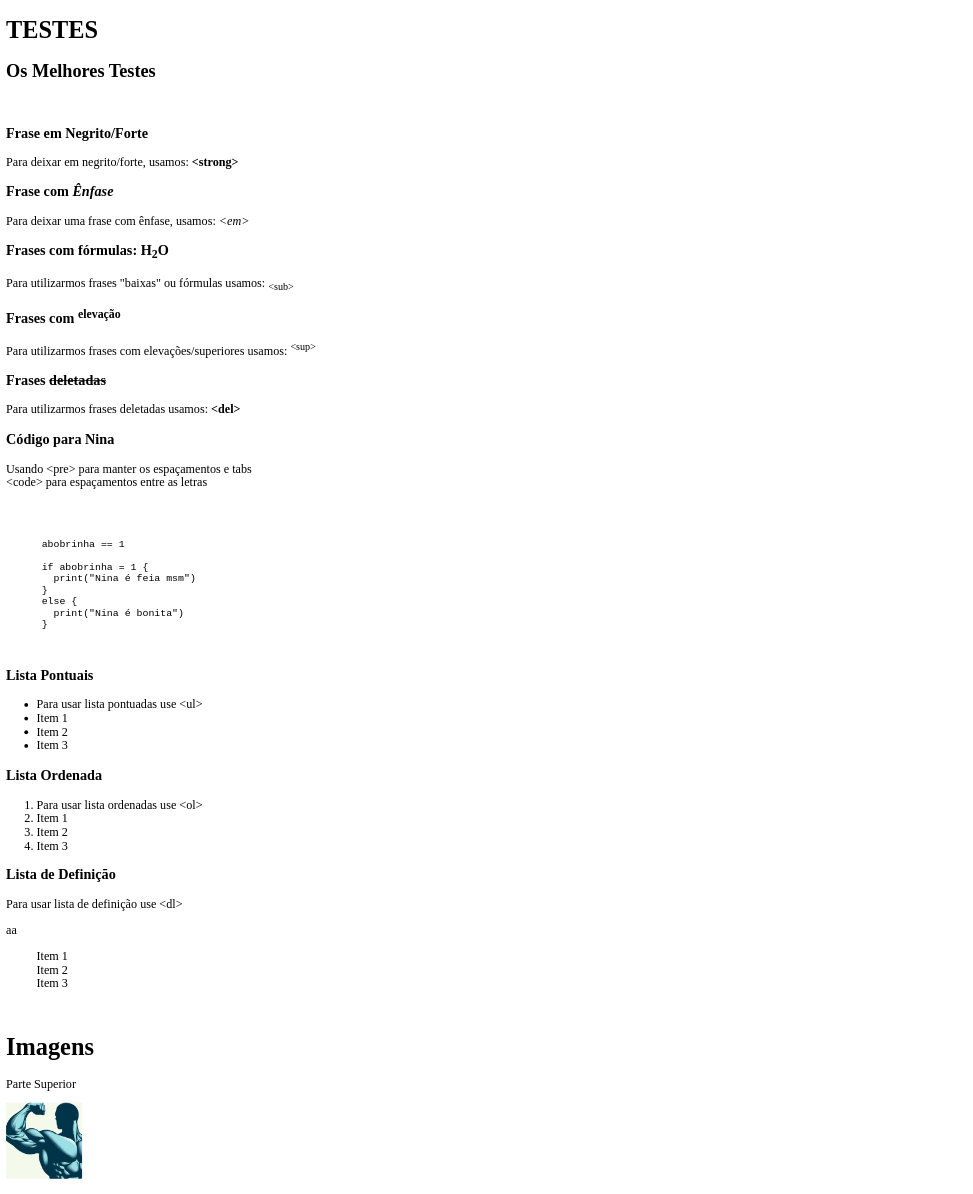
Repository: LuidyOn/Site_Forca_Total
Page: ForçaTotal/teste.html
The author's editor kept a copy of each file at every save. The page is drawn from the files as they stood at one save, then again after the next save.
The browser window is 1280 px wide. The pictures show the whole page, at 76% of full size.

Above is the page before, as saved 2025-05-15 14:03:15.

### ForçaTotal/teste.html
<!DOCTYPE html>
<html lang="pt-br">
<head>
  <meta charset="UTF-8">
  <meta name="viewport" content="width=device-width, initial-scale=1.0">
  <link rel="shortcut icon" href="img/icons/logo.ico" type="image/x-icon">
  <title>Testes Força total</title>
</head>
<body>
  <h1>TESTES</h1>
  <h2>Os Melhores Testes</h2>

  <p><br></p>

  <h3>Frase em <strong>Negrito/Forte</strong></h3>
  <p>Para deixar em negrito/forte, usamos: <strong>&lt;strong&gt;</strong></p>

  <h3>Frase com <em>Ênfase</em></h3>
  <p>Para deixar uma frase com ênfase, usamos: <em>&lt;em&gt;</em></p>

  <h3>Frases com fórmulas: H<sub>2</sub>O</h3>
  <p>Para utilizarmos frases "baixas" ou fórmulas usamos: <sub>&lt;sub&gt;</sub></p>

  <h3>Frases com <sup>elevação</sup></h3>
  <p>Para utilizarmos frases com elevações/superiores usamos: <sup>&lt;sup&gt;</sup></p>

  <h3>Frases <del>deletadas</del></h3>
  <p>Para utilizarmos frases deletadas usamos: <strong>&lt;del&gt;</strong></p>

  <h3>Código para Nina</h3>
  <p>Usando &lt;pre&gt; para manter os espaçamentos e tabs <br> &lt;code&gt; para espaçamentos entre as letras</p>

  <p><br></p>

  <pre>
    <code>
      abobrinha == 1

      if abobrinha = 1 {
        print("Nina é feia msm")
      }
      else {
        print("Nina é bonita")
      }
    </code>
  </pre>

  <h3>Lista Pontuais</h3>
  <ul>
    <li>Para usar lista pontuadas use &lt;ul&gt;</li>
    <li>Item 1</li>
    <li>Item 2</li>
    <li>Item 3</li>
  </ul>

  <h3>Lista Ordenada</h3>
  <ol>
    <li>Para usar lista ordenadas use &lt;ol&gt;</li>
    <li>Item 1</li>
    <li>Item 2</li>
    <li>Item 3</li>
  </ol>

  <h3>Lista de Definição</h3>
  <dl>
    <dt>Para usar lista de definição use &lt;dl&gt;</dt>
    <dl>
      aa
    </dl>
    <dd>Item 1</dd>
    <dd>Item 2</dd>
    <dd>Item 3</dd>

  <p><br></p>

  <h1>Imagens</h1>
  <p>Parte Superior</p>
  <img src="img/parteSerior.png" alt="parte superior" style="width: 100px; height: 100px;">
</body>
</html>

After the next save:
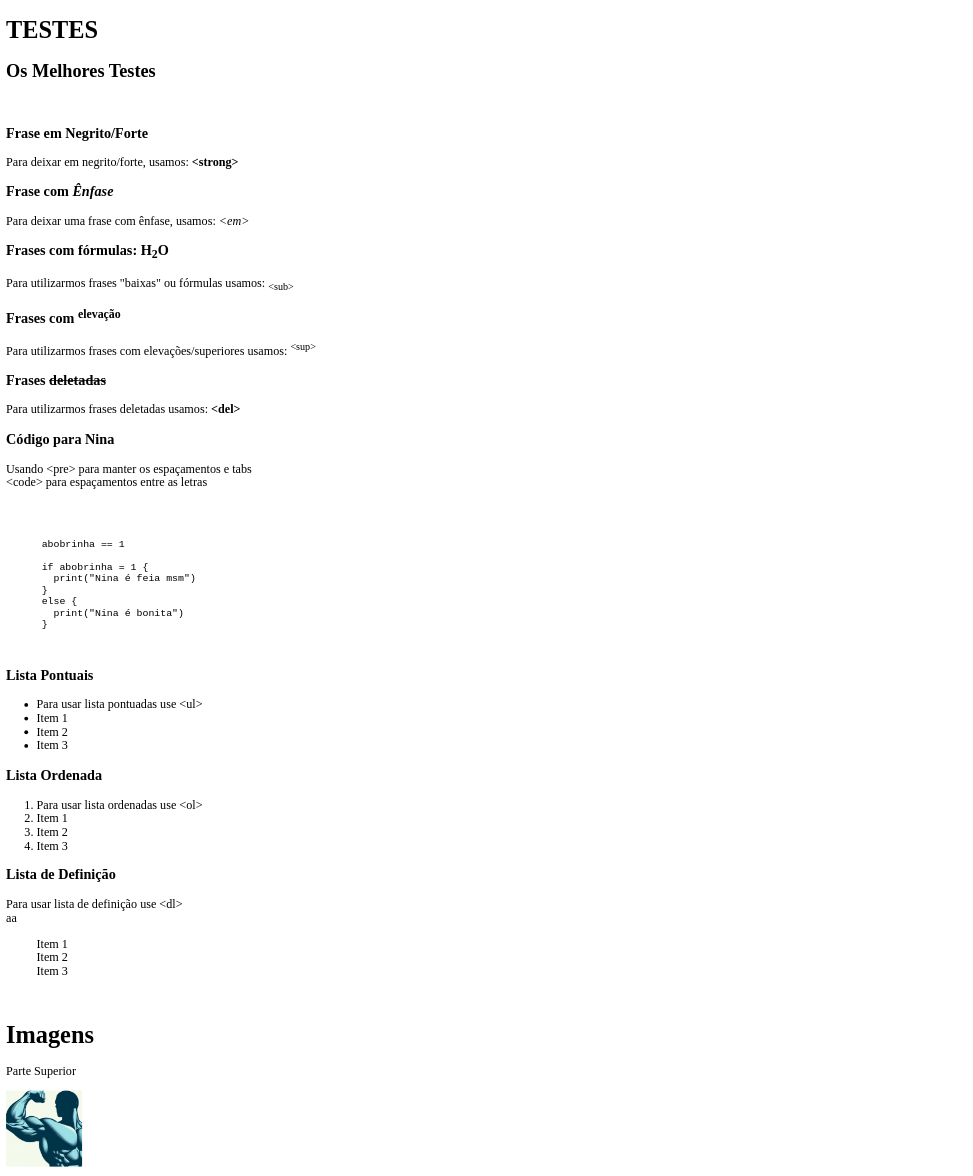
Saved 10 s later.
--- a/ForçaTotal/teste.html
+++ b/ForçaTotal/teste.html
@@ -64,7 +64,7 @@
   <h3>Lista de Definição</h3>
   <dl>
     <dt>Para usar lista de definição use &lt;dl&gt;</dt>
-    <dl>
+    <dt>
       aa
     </dl>
     <dd>Item 1</dd>
